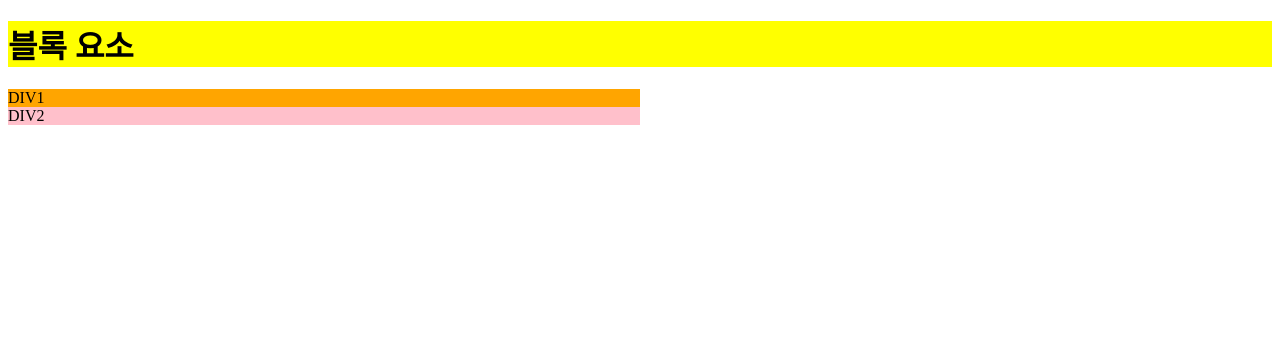
Repository: guswnsdldl/gb
Page: html workspace/g_display/src/main/webapp/block.html
The author's editor kept a copy of each file at every save. The page is drawn from the files as they stood at one save, then again after the next save.
The browser window is 1280 px wide. The pictures show the whole page.

Above is the page before, as saved 2024-08-06 04:56:03.

### html workspace/g_display/src/main/webapp/block.html
<!DOCTYPE html>
<html>
<head>
<meta charset="UTF-8">
<title>블록 요소</title>
</head>
<body>
<h1 style="background-color: yellow;">블록 요소</h1>
<div style="background-color: orange; width: 50%">DIV1</div>
<div style="background-color: pink; width: 50%">DIV2</div>

</body>
</html>

After the next save:
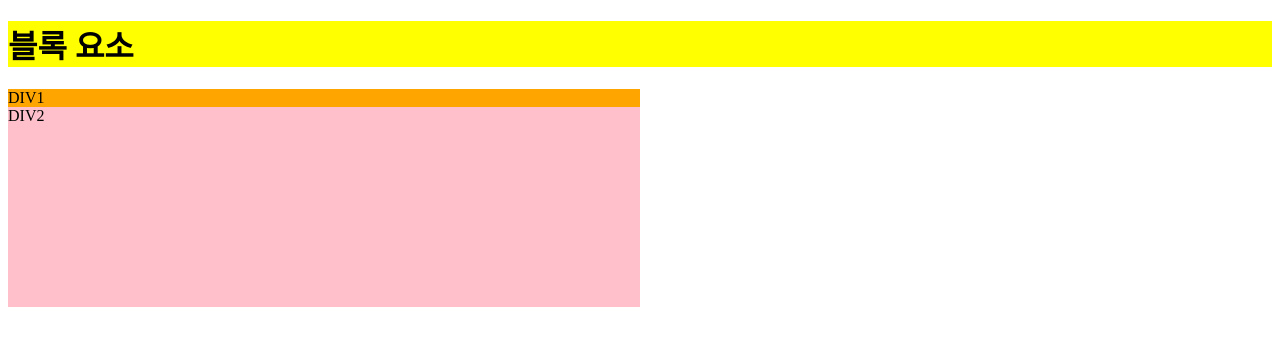
Saved 118 s later.
--- a/html workspace/g_display/src/main/webapp/block.html
+++ b/html workspace/g_display/src/main/webapp/block.html
@@ -7,7 +7,7 @@
 <body>
 <h1 style="background-color: yellow;">블록 요소</h1>
 <div style="background-color: orange; width: 50%">DIV1</div>
-<div style="background-color: pink; width: 50%">DIV2</div>
+<div style="background-color: pink; width: 50%; height: 200px;">DIV2</div>
 
 </body>
 </html>
